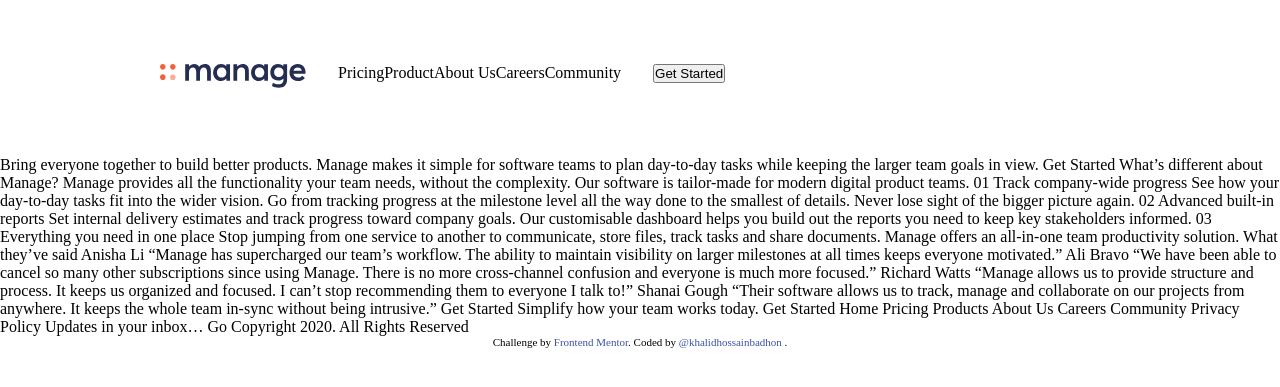
Repository: badhon252/revision
Page: manage-landing-page-master/index.html
An editor plug-in stored every save of this project. The page is shown before and after the next save, followed by the edit.
The browser window is 1280 px wide. The pictures show the whole page.
The style sheet was rebuilt from its Sass, Less or Tailwind sources for each picture, by a compiler version that may differ from the author's.

Above is the page before, as saved 2022-08-07 16:43:54.

### manage-landing-page-master/index.html
<!DOCTYPE html>
<html lang="en">

<head>
  <meta charset="UTF-8">
  <meta name="viewport" content="width=device-width, initial-scale=1.0">
  <!-- displays site properly based on user's device -->

  <link rel="icon" type="image/png" sizes="32x32" href="./images/favicon-32x32.png">
  <link rel="stylesheet" href="./sass/style.css">
  <title>Frontend Mentor | Manage landing page</title>

</head>

<body>




  <header>
    <nav class="navbar">
      <div class="navbar-brand">
        <img src="./images/logo.svg" alt="">
      </div>

      <ul class="navs">
        <li class="nav-item"><a href="#" class="nav-link">Pricing</a></li>
        <li class="nav-item"><a href="#" class="nav-link">Product</a></li>
        <li class="nav-item"><a href="#" class="nav-link">About Us</a></li>
        <li class="nav-item"><a href="#" class="nav-link">Careers</a></li>
        <li class="nav-item"><a href="#" class="nav-link">Community</a></li>
      </ul>
      <div class="get-start">
        <button class="btn"><a href="#">Get Started</a></button>
      </div>

    </nav>
  </header>















  Bring everyone together to build better products.

  Manage makes it simple for software teams to plan day-to-day
  tasks while keeping the larger team goals in view.

  Get Started

  What’s different about Manage?

  Manage provides all the functionality your team needs, without
  the complexity. Our software is tailor-made for modern digital
  product teams.

  01
  Track company-wide progress
  See how your day-to-day tasks fit into the wider vision. Go from
  tracking progress at the milestone level all the way done to the
  smallest of details. Never lose sight of the bigger picture again.

  02
  Advanced built-in reports
  Set internal delivery estimates and track progress toward company
  goals. Our customisable dashboard helps you build out the reports
  you need to keep key stakeholders informed.

  03
  Everything you need in one place
  Stop jumping from one service to another to communicate, store files,
  track tasks and share documents. Manage offers an all-in-one team
  productivity solution.

  What they’ve said

  Anisha Li
  “Manage has supercharged our team’s workflow. The ability to maintain
  visibility on larger milestones at all times keeps everyone motivated.”

  Ali Bravo
  “We have been able to cancel so many other subscriptions since using
  Manage. There is no more cross-channel confusion and everyone is much
  more focused.”

  Richard Watts
  “Manage allows us to provide structure and process. It keeps us organized
  and focused. I can’t stop recommending them to everyone I talk to!”

  Shanai Gough
  “Their software allows us to track, manage and collaborate on our projects
  from anywhere. It keeps the whole team in-sync without being intrusive.”

  Get Started

  Simplify how your team works today.
  Get Started

  Home
  Pricing
  Products
  About Us
  Careers
  Community
  Privacy Policy

  Updates in your inbox…
  Go

  Copyright 2020. All Rights Reserved


  <div class="attribution">
    Challenge by <a href="https://www.frontendmentor.io?ref=challenge" target="_blank">Frontend Mentor</a>.
    Coded by <a href="#">@khalidhossainbadhon </a>.
  </div>
</body>

</html>

### manage-landing-page-master/sass/style.scss
* {
  margin: 0;
  padding: 0;
  box-sizing: border-box;
  overflow: hidden;
}
a {
  text-decoration: none;
  color: #000;
}
header {
  .navbar {
    display: flex;
    padding: 4rem 10rem;
    .navs {
      display: flex;
      margin: 0 2rem;
    }
  }
}

// footer======
.attribution {
  font-size: 11px;
  text-align: center;
}

.attribution a {
  color: hsl(228, 45%, 44%);
}

After the next save:
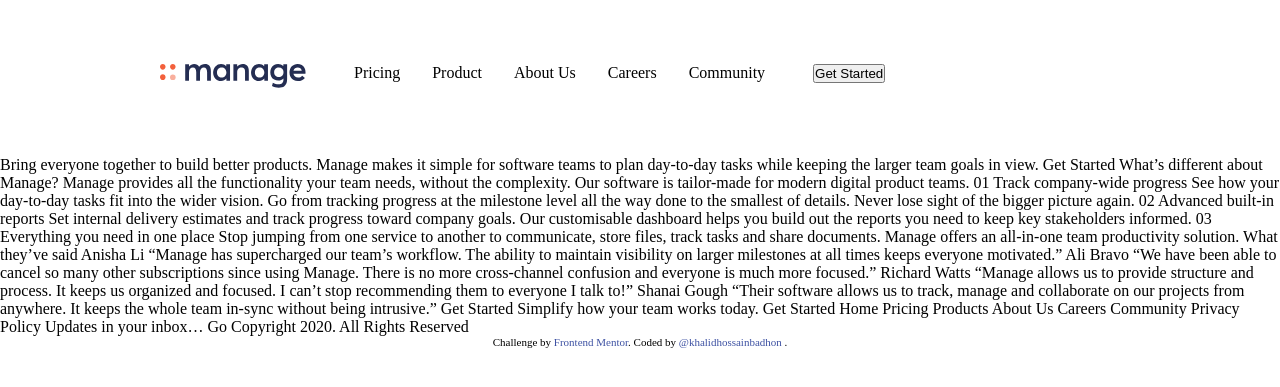
Saved 39 s later.
--- a/manage-landing-page-master/sass/style.scss
+++ b/manage-landing-page-master/sass/style.scss
@@ -15,6 +15,9 @@ header {
     .navs {
       display: flex;
       margin: 0 2rem;
+      .nav-item {
+        margin: 0 1rem;
+      }
     }
   }
 }
